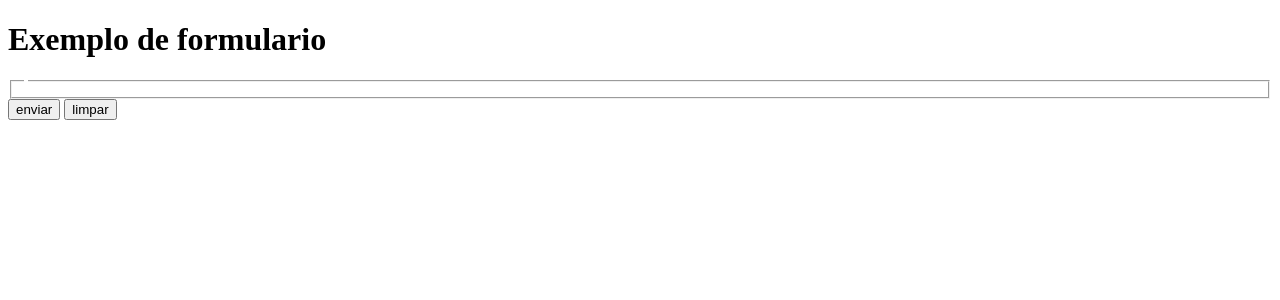
Repository: Lucianorodriguesdev/cursoHTML-CSS
Page: ex025/form005.html
The author's editor kept a copy of each file at every save. The page is drawn from the files as they stood at one save, then again after the next save.
The browser window is 1280 px wide. The pictures show the whole page.

Above is the page before, as saved 2026-07-10 11:48:50.

### ex025/form005.html
<!DOCTYPE html>
<html lang="pt-br">
<head>
    <meta charset="UTF-8">
    <meta name="viewport" content="width=device-width, initial-scale=1.0">
    <title>Formulario</title>
</head>
<body>
    <h1>Exemplo de formulario</h1>
    <form action="formulario.php" method="get" autocomplete="on">
        <fieldset>
            <legend>

            </legend>
        </fieldset>

        <input type="submit" value="enviar">
        <input type="reset" value="limpar">
    </form>
</body>
</html>

After the next save:
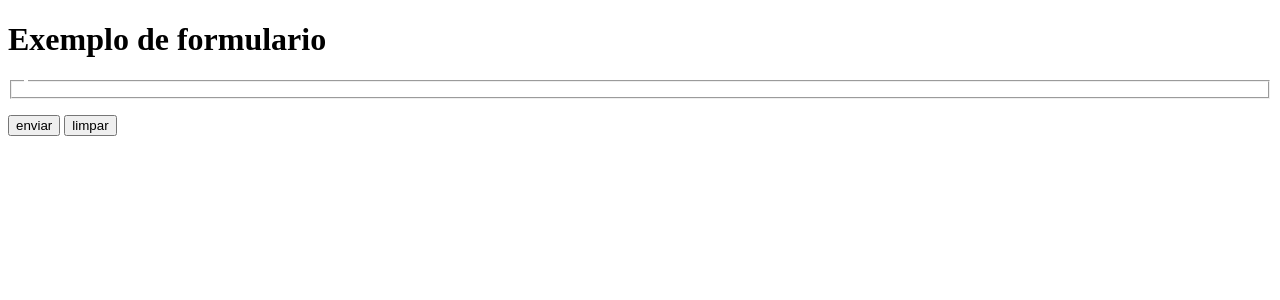
Saved 34 s later.
--- a/ex025/form005.html
+++ b/ex025/form005.html
@@ -9,13 +9,13 @@
     <h1>Exemplo de formulario</h1>
     <form action="formulario.php" method="get" autocomplete="on">
         <fieldset>
-            <legend>
-
-            </legend>
+            <legend></legend>
         </fieldset>
 
-        <input type="submit" value="enviar">
-        <input type="reset" value="limpar">
+        <p>
+            <input type="submit" value="enviar">
+            <input type="reset" value="limpar">
+        </p>
     </form>
 </body>
 </html>
